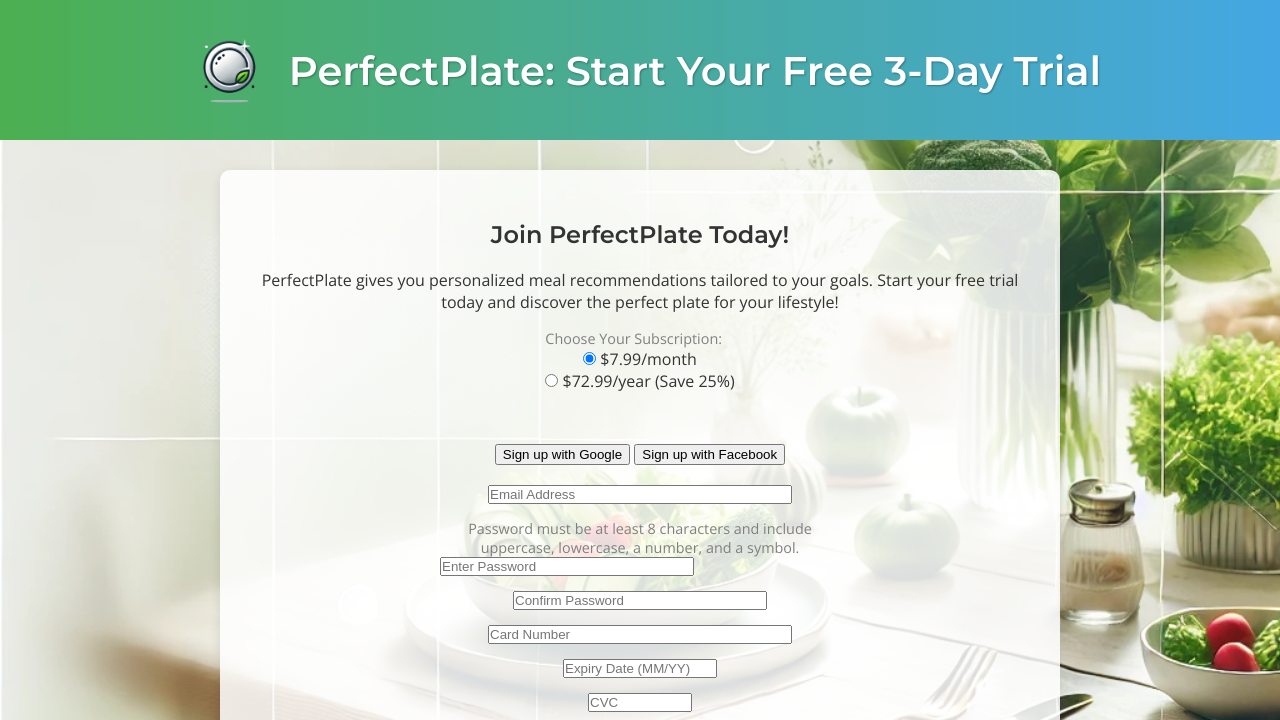
Repository: nikwhite1169/perfectplate
Page: signup.html
These files come from the project's save history. The page is drawn as it stood at one moment and after the next save; the edit follows.
The browser window is 1280 px wide. The pictures show the whole page.
An inner scrolling area shows only its first screen.

Above is the page before, as saved 2025-01-13 14:22:14.
Console error: TypeError: Cannot read properties of null (reading 'addEventListener')

### signup.html
<!DOCTYPE html>
<html lang="en">
<head>
  <meta charset="UTF-8" />
  <meta name="viewport" content="width=device-width, initial-scale=1.0"/>
  <title>PerfectPlate: Start Your Free 3-Day Trial</title>

  <!-- Google Fonts -->
  <link rel="preconnect" href="https://fonts.googleapis.com" />
  <link rel="preconnect" href="https://fonts.gstatic.com" crossorigin />
  <link
    href="https://fonts.googleapis.com/css2?family=Montserrat:wght@600&family=Open+Sans:wght@400&display=swap"
    rel="stylesheet"
  />

  <link rel="stylesheet" href="styles.css" />
</head>
<body>
  <header>
    <div class="header-top">
      <img src="images/logo.png" alt="PerfectPlate Logo" class="logo" />
      <h1>PerfectPlate: Start Your Free 3-Day Trial</h1>
    </div>
  </header>

  <section id="signup">
    <div class="text-background">
      <h2>Join PerfectPlate Today!</h2>
      <p>PerfectPlate gives you personalized meal recommendations tailored to your goals. Start your free trial today and discover the perfect plate for your lifestyle!</p>

      <div class="form-container">
        <!-- Subscription Options -->
        <div class="form-group">
          <label for="subscription-options" class="hint">
            Choose Your Subscription:
          </label>
          <div id="subscription-options">
            <input type="radio" id="monthly" name="subscription" value="monthly" checked />
            <label for="monthly">$7.99/month</label>
            <br />
            <input type="radio" id="yearly" name="subscription" value="yearly" />
            <label for="yearly">$72.99/year (Save 25%)</label>
          </div>
        </div>

        <!-- Social Login Buttons -->
        <div class="social-login">
          <button id="google-login">Sign up with Google</button>
          <button id="facebook-login">Sign up with Facebook</button>
        </div>

        <!-- Rest of the Form -->
        <div class="form-group">
          <input type="email" id="email" placeholder="Email Address" />
          <span id="email-error" class="error-message"></span>
        </div>
        <div class="form-group">
          <label for="password-hint" class="hint">
            Password must be at least 8 characters and include uppercase, lowercase, a number, and a symbol.
          </label>
          <input type="password" id="password" placeholder="Enter Password" />
          <span id="password-error" class="error-message"></span>
        </div>
        <div class="form-group">
          <input type="password" id="confirm-password" placeholder="Confirm Password" />
          <span id="confirm-password-error" class="error-message"></span>
        </div>
        <div class="form-group">
          <input type="text" id="card-number" placeholder="Card Number" />
          <span id="card-number-error" class="error-message"></span>
        </div>
        <div class="form-group">
          <input type="text" id="expiry-date" placeholder="Expiry Date (MM/YY)" />
          <span id="expiry-date-error" class="error-message"></span>
        </div>
        <div class="form-group">
          <input type="text" id="cvc" placeholder="CVC" />
          <span id="cvc-error" class="error-message"></span>
        </div>

        <p class="description">
          Your free 3-day trial begins immediately after signing up. You won’t be charged until the trial ends.
        </p>

        <button id="submitButton" disabled class="disabled">Start Free Trial</button>
      </div>
    </div>
  </section>

  <section id="confirmation" class="hidden">
    <div class="text-background">
      <h2>Thank you for subscribing!</h2>
      <p>Download the PerfectPlate app to begin your journey:</p>
      <a href="https://www.apple.com/app-store/" class="cta-button">Download for iOS</a>
      <a href="https://play.google.com/store" class="cta-button">Download for Android</a>
    </div>
  </section>

  <footer>
    <p>&copy; 2025 PerfectPlate. Perfect dining, made just for you.</p>
    <a href="privacy-policy.html">Privacy Policy</a> | <a href="terms-of-service.html">Terms of Service</a> | <a href="faq.html">FAQ</a>
  </footer>

  <script>
    const formState = {
      email: false,
      password: false,
      verifyPassword: false,
      cardNumber: false,
      expiryDate: false,
      cvc: false
    };

    function showError(field, message) {
      const fieldElement = document.getElementById(field);
      const hintElement = document.getElementById(`${field}-hint`);
      const errorElement = document.getElementById(`${field}-error`);

      if (hintElement) {
        hintElement.style.color = "red";
      } else {
        errorElement.textContent = message;
        errorElement.style.color = "red";
      }

      fieldElement.classList.remove("valid");
    }

    function showSuccess(field) {
      const fieldElement = document.getElementById(field);
      const hintElement = document.getElementById(`${field}-hint`);
      const errorElement = document.getElementById(`${field}-error`);

      if (hintElement) {
        hintElement.style.color = "black";
      } else {
        errorElement.textContent = "";
      }

      fieldElement.classList.add("valid");

      let checkMark = fieldElement.parentNode.querySelector(".checkmark");
      if (!checkMark) {
        checkMark = document.createElement("span");
        checkMark.className = "checkmark";
        checkMark.textContent = "✔";
        checkMark.style.color = "green";
        checkMark.style.position = "absolute";
        checkMark.style.right = "10px";
        checkMark.style.top = `${fieldElement.offsetHeight / 2}px`;
        checkMark.style.transform = "translateY(-50%)";
        fieldElement.parentNode.style.position = "relative";
        fieldElement.parentNode.appendChild(checkMark);
      }
    }

    function validateEmail() {
      const email = document.getElementById('email').value;
      const emailRegex = /^[^\s@]+@[^\s@]+\.[^\s@]+$/;
      if (emailRegex.test(email)) {
        formState.email = true;
        showSuccess('email');
      } else {
        formState.email = false;
        showError('email', 'Please enter a valid email address.');
      }
      updateButtonState();
    }

    function validatePassword() {
      const password = document.getElementById('password').value;
      const passwordRegex = /^(?=.*[a-z])(?=.*[A-Z])(?=.*\d)(?=.*[@$!%*?&#])[A-Za-z\d@$!%*?&#]{8,}$/;
      if (passwordRegex.test(password)) {
        formState.password = true;
        showSuccess('password');
      } else {
        formState.password = false;
        showError('password', 'Password must be at least 8 characters and include uppercase, lowercase, a number, and a symbol.');
      }
      updateButtonState();
    }

    function validateVerifyPassword() {
      const password = document.getElementById('password').value;
      const verifyPassword = document.getElementById('confirm-password').value;
      if (password === verifyPassword) {
        formState.verifyPassword = true;
        showSuccess('confirm-password');
      } else {
        formState.verifyPassword = false;
        showError('confirm-password', 'Passwords do not match.');
      }
      updateButtonState();
    }

    function validateCardNumber() {
      const cardNumber = document.getElementById('card-number').value;
      const cardNumberRegex = /^\d{16}$/;
      if (cardNumberRegex.test(cardNumber)) {
        formState.cardNumber = true;
        showSuccess('card-number');
      } else {
        formState.cardNumber = false;
        showError('card-number', 'Please enter a valid 16-digit card number.');
      }
      updateButtonState();
    }

    function validateExpiryDate() {
      const expiryDate = document.getElementById('expiry-date').value;
      const expiryDateRegex = /^(0[1-9]|1[0-2])\/\d{2}$/;
      const currentDate = new Date();
      const [month, year] = expiryDate.split('/');
      const expiry = new Date(`20${year}`, month - 1);
      if (expiryDateRegex.test(expiryDate) && expiry > currentDate) {
        formState.expiryDate = true;
        showSuccess('expiry-date');
      } else {
        formState.expiryDate = false;
        showError('expiry-date', 'Please enter a valid expiry date in MM/YY format.');
      }
      updateButtonState();
    }

    function validateCVC() {
      const cvc = document.getElementById('cvc').value;
      const cvcRegex = /^\d{3,4}$/;
      if (cvcRegex.test(cvc)) {
        formState.cvc = true;
        showSuccess('cvc');
      } else {
        formState.cvc = false;
        showError('cvc', 'Please enter a valid 3 or 4-digit CVC.');
      }
      updateButtonState();
    }

    function updateButtonState() {
      const allFieldsValid = Object.values(formState).every(Boolean);
      const submitButton = document.getElementById('submitButton');
      if (allFieldsValid) {
        submitButton.disabled = false;
        submitButton.classList.remove('disabled');
      } else {
        submitButton.disabled = true;
        submitButton.classList.add('disabled');
      }
    }

    let emailTouched = false;
    let passwordTouched = false;
    let verifyPasswordTouched = false;
    let cardNumberTouched = false;
    let expiryDateTouched = false;
    let cvcTouched = false;

    document.getElementById('email').addEventListener('input', () => {
      emailTouched = true;
    });

    document.getElementById('password').addEventListener('input', () => {
      passwordTouched = true;
    });

    document.getElementById('confirm-password').addEventListener('input', () => {
      verifyPasswordTouched = true;
    });

    document.getElementById('card-number').addEventListener('input', () => {
      cardNumberTouched = true;
    });

    document.getElementById('expiry-date').addEventListener('input', () => {
      expiryDateTouched = true;
    });

    document.getElementById('cvc').addEventListener('input', () => {
      cvcTouched = true;
    });

    document.getElementById('email').addEventListener('blur', () => {
      if (!document.getElementById('email').value.trim() && emailTouched) {
        showError("email", "This field is required.");
      } else if (document.getElementById('email').value.trim()) {
        validateEmail();
      }
    });

    document.getElementById('password').addEventListener('blur', () => {
      if (!document.getElementById('password').value.trim() && passwordTouched) {
        showError("password", "This field is required.");
      } else if (document.getElementById('password').value.trim()) {
        validatePassword();
      }
    });

    document.getElementById('confirm-password').addEventListener('blur', () => {
      if (!document.getElementById('confirm-password').value.trim() && verifyPasswordTouched) {
        showError("confirm-password", "This field is required.");
      } else if (document.getElementById('confirm-password').value.trim()) {
        validateVerifyPassword();
      }
    });

    document.getElementById('card-number').addEventListener('blur', () => {
      if (!document.getElementById('card-number').value.trim() && cardNumberTouched) {
        showError("card-number", "This field is required.");
      } else if (document.getElementById('card-number').value.trim()) {
        validateCardNumber();
      }
    });

    document.getElementById('expiry-date').addEventListener('blur', () => {
      if (!document.getElementById('expiry-date').value.trim() && expiryDateTouched) {
        showError("expiry-date", "This field is required.");
      } else if (document.getElementById('expiry-date').value.trim()) {
        validateExpiryDate();
      }
    });

    document.getElementById('cvc').addEventListener('blur', () => {
      if (!document.getElementById('cvc').value.trim() && cvcTouched) {
        showError("cvc", "This field is required.");
      } else if (document.getElementById('cvc').value.trim()) {
        validateCVC();
      }
    });

    document.getElementById('signup-form').addEventListener('submit', function(event) {
      event.preventDefault();
      if (Object.values(formState).every(Boolean)) {
        document.getElementById('signup').style.display = 'none';
        document.getElementById('confirmation').style.display = 'block';
      } else {
        showError('form', 'Please fill out all fields correctly before submitting.');
      }
    });
  </script>
</body>
</html>

### styles.css
/* -----------------------
   Global Styles
------------------------ */
html, body {
  margin: 0;
  padding: 0;
  height: 100%;
  overflow-x: hidden;
}

body {
  /* Use Open Sans for body text */
  font-family: 'Open Sans', sans-serif;
  margin: 0 auto;
  padding: 0;
  text-align: center;
  color: #333;

  /* Background image as requested */
  background: url('images/background.webp') no-repeat center center fixed;
  background-size: cover;

  position: relative;
  max-width: 100%;
}

/* Use Montserrat for headings */
h1, h2, h3 {
  font-family: 'Montserrat', sans-serif;
}

/* Simple fade-in animation (triggered by JS) */
.fade-in {
  opacity: 0;
  transition: opacity 1s ease-in;
}
.fade-in.appear {
  opacity: 1;
}

/* Form Styles */
form label {
  display: block;
  margin: 10px 0 5px;
}

/* General Input Styling */
form input[type="text"],
form input[type="email"],
form input[type="password"],
form input[type="radio"] {
  display: block;
  padding: 10px;
  font-size: 1em;
  box-sizing: border-box;
  border: 1px solid #ccc;
  border-radius: 5px;
  margin-bottom: 10px;
}

form input[type="radio"] {
  display: inline-block;
  width: auto;
  margin-right: 10px;
}

input:focus {
  border-color: #007BFF;
  outline: none;
}

/* Field-Specific Sizes */
#email {
  width: 300px; /* Larger for email addresses */
}

#password,
#confirm-password {
  width: 250px; /* Medium size for passwords */
}

#card-number {
  width: 300px; /* Larger for card numbers */
}

#expiry-date {
  width: 150px; /* Smaller for expiry dates */
}

#cvc {
  width: 100px; /* Small size for CVC */
}

.helper-text {
  font-size: 0.9em;
  color: #666;
  margin-top: -10px;
  margin-bottom: 10px;
}

.hint {
  display: block;
  font-size: 0.9em;
  color: gray;
  margin-bottom: 5px;
}

.error-message {
  color: red;
  font-size: 0.85em;
  margin-top: 5px;
}

.error {
  color: red;
  font-size: 0.9em;
  margin-top: -10px;
  margin-bottom: 10px;
}

input.valid {
  padding-right: 30px;
}

.checkmark {
  font-size: 1.2em;
  color: green;
  position: absolute;
  right: 10px;
  top: 50%;
  transform: translateY(-50%);
  pointer-events: none;
}

/* Specific adjustment for password field */
#password + .checkmark {
  top: calc(50% - 5px);
}

/* Specific adjustment for CVC field checkmark */
#cvc + .checkmark {
  right: -10px;
}

/* Form Layout */
.form-group {
  display: flex;
  flex-direction: column;
  align-items: flex-start; /* Left-align fields */
  margin-bottom: 15px;
}

.form-group label,
.form-group input,
.form-group span {
  margin: 0;
  padding: 0;
}

.form-container {
  display: flex;
  flex-direction: column;
  align-items: center; /* Center the form on the page */
  max-width: 400px;
  margin: 0 auto;
}

/* Subscription Options Styling */
#subscription-options {
  margin-bottom: 15px;
}

/* Button Styles */
.cta-button {
  background-color: #ff6f61;
  color: white;
  padding: 10px 20px;
  border: none;
  border-radius: 5px;
  cursor: pointer;
  font-size: 1em;
  text-decoration: none;
  display: inline-block;
  margin: 10px 0; /* Add margin for spacing */
}

.cta-button.disabled {
  background-color: #ccc;
  cursor: not-allowed;
}

.cta-button:hover:not(.disabled) {
  background-color: #ff4a3d;
}

/* Media Queries for Mobile */
@media (max-width: 768px) {
  form label,
  form input[type="text"],
  form input[type="email"],
  form input[type="password"],
  form input[type="radio"] {
    width: 100%;
    margin: 5px 0;
  }

  form input[type="radio"] {
    display: block;
    margin: 5px 0;
  }

  form input[type="text"]#cvc {
    width: 100%;
  }
}

/* -----------------------
   Header Section
------------------------ */
header {
  /* Simple green-to-blue gradient for more personality */
  background: linear-gradient(90deg, rgba(76,175,80,1) 0%, rgba(68,167,227,1) 100%);
  color: white;
  padding: 20px 0;
}

/* Logo & Title - Stacked on mobile, centered */
.header-top {
  display: flex;
  flex-direction: column;
  align-items: center;
  gap: 10px;
  justify-content: center;
}

.logo {
  width: 100px;
  display: block;
}

header h1 {
  margin: 0;
  font-size: 2em;
  text-shadow: 1px 1px 2px rgba(0,0,0,0.3);
}

/* Two buttons - Stacked & centered on mobile */
.header-app-links {
  display: flex;
  flex-direction: column;
  align-items: center;
  gap: 10px;
  margin-top: 15px;
  justify-content: center;
}

/* Actual link button styling */
.app-store-link {
  display: inline-block;
  margin: 10px 0;
  color: #0073e6;
  text-decoration: none;
}

.app-store-link:hover {
  text-decoration: underline;
}

/* On larger screens => side-by-side layout */
@media (min-width: 768px) {
  .header-top {
    flex-direction: row;
  }

  header h1 {
    font-size: 2.5em;
  }

  .header-app-links {
    flex-direction: row;
  }
}

/* -----------------------
   Intro Section
------------------------ */
#intro {
  max-width: 800px;
  margin: 30px auto 20px;
  padding: 30px 20px;
  background-color: rgba(255, 255, 255, 0.85);
  border-radius: 10px;

  /* Subtle box shadow for better contrast */
  box-shadow: 0 4px 12px rgba(0,0,0,0.1);
}

.text-background {
  background-color: rgba(255, 255, 255, 0.85);
  padding: 30px 20px;
  border-radius: 10px;
  box-shadow: 0 4px 12px rgba(0,0,0,0.1);
  margin: 30px auto;
  max-width: 800px;
}

.hidden {
  display: none;
}

#intro h2 {
  font-size: 2em;
  margin-bottom: 10px;
}

/* -----------------------
   Scroll Prompt
------------------------ */
.scroll-prompt {
  margin: 20px auto;
  text-align: center;
  /*
    Semi-transparent background behind the text/arrow.
    Adjust opacity or color to your liking.
  */
  background: rgba(0,0,0,0.5);
  display: inline-block;
  padding: 10px 15px;
  border-radius: 8px;
}

.scroll-prompt .prompt-text {
  font-size: 1.2em;
  font-weight: 600;
  color: #fff;
  text-shadow: 1px 1px 2px rgba(0,0,0,0.5);
  margin-bottom: 5px;
}

.arrow-down {
  font-size: 1.5em;
  color: #fff;
  animation: bounceArrow 1s infinite alternate;
  cursor: default;
  text-shadow: 1px 1px 2px rgba(0,0,0,0.5);
}

@keyframes bounceArrow {
  from {
    transform: translateY(0);
  }
  to {
    transform: translateY(6px);
  }
}

/* -----------------------
   Features Section
------------------------ */
#features {
  max-width: 800px;
  margin: 30px auto;
  padding: 50px 20px;
  background-color: rgba(255, 255, 255, 0.85);
  border-radius: 10px;
  box-shadow: 0 4px 12px rgba(0,0,0,0.1);
}

#features h2 {
  font-size: 2em;
  margin-bottom: 30px;
}

/* Feature Cards (icon + text) */
.feature {
  margin: 30px 0;
  display: flex;
  flex-direction: column;
  align-items: center;
  padding: 15px;
}

.feature-icon {
  font-size: 2em;
  margin-bottom: 10px;
}

.feature h3 {
  font-size: 1.5em;
  color: #4caf50;
  margin-bottom: 10px;
  text-transform: uppercase;
}

.feature p {
  font-size: 1.1em;
  margin-top: 10px;
  max-width: 600px;
}

/* “Coming Soon” styling */
.coming-soon {
  font-size: 0.8em;
  color: #f39c12;
  font-weight: bold;
}

/* -----------------------
   How It Works
------------------------ */
#how-it-works {
  max-width: 800px;
  margin: 30px auto;
  padding: 50px 20px;
  background-color: rgba(255, 255, 255, 0.85);
  border-radius: 10px;
  box-shadow: 0 4px 12px rgba(0,0,0,0.1);
}

#how-it-works h2 {
  font-size: 2em;
  margin-bottom: 20px;
}

.steps {
  list-style: none;
  text-align: left;
  margin: 0 auto;
  padding: 0;
  max-width: 600px;
}

.steps li {
  margin: 15px 0;
  display: flex;
  align-items: baseline;
  font-size: 1.1em;
}

.steps li strong {
  min-width: 100px;
  text-align: left;
  font-weight: bold;
  color: #4caf50;
}

.steps li span {
  flex: 1;
  text-align: left;
}

/* -----------------------
   CTA Section
------------------------ */
#cta {
  /* A teal-to-green gradient for the CTA area */
  background: linear-gradient(90deg, rgba(0,178,155,1) 0%, rgba(76,175,80,1) 100%);
  color: white;
  padding: 40px 0;
  margin: 30px 0 0 0;
  width: 100%;
  text-align: center;
  box-sizing: border-box;
}

#cta h2 {
  font-size: 2em;
  margin: 0 0 10px;
}

#cta p {
  font-size: 1.1em;
  margin: 0;
  margin-bottom: 20px;
}

.cta-button {
  background-color: #ff6f61;
  color: white;
  padding: 10px 20px;
  border: none;
  border-radius: 5px;
  cursor: pointer;
  font-size: 1em;
  text-decoration: none;
  display: inline-block;
  margin: 10px 0; /* Add margin for spacing */
}

.cta-button.disabled {
  background-color: #ccc;
  cursor: not-allowed;
}

.cta-button:hover:not(.disabled) {
  background-color: #ff4a3d;
}

/* -----------------------
   Footer
------------------------ */
footer {
  margin-top: 20px;
  background-color: #222;
  color: white;
  padding: 20px 0;
  font-size: 0.9em;
  opacity: 0.9;
  text-shadow: 1px 1px 2px rgba(0,0,0,0.3);
  text-align: center;
}

.button {
  display: inline-block;
  padding: 10px 20px;
  background-color: #0073e6;
  color: white;
  text-align: center;
  border-radius: 5px;
  text-decoration: none;
}

.button:hover {
  background-color: #005bb5;
}

footer a {
  color: #ff6f61;
  text-decoration: none;
  margin: 0 10px;
  display: inline-block;
  padding: 10px 0; /* Increase tappable area */
}

footer a:hover {
  text-decoration: underline;
}

/* Social Login Styles */
.social-login {
  margin: 20px 0;
}

.social-login .cta-button {
  width: 100%;
  margin-bottom: 10px;
}

After the next save:
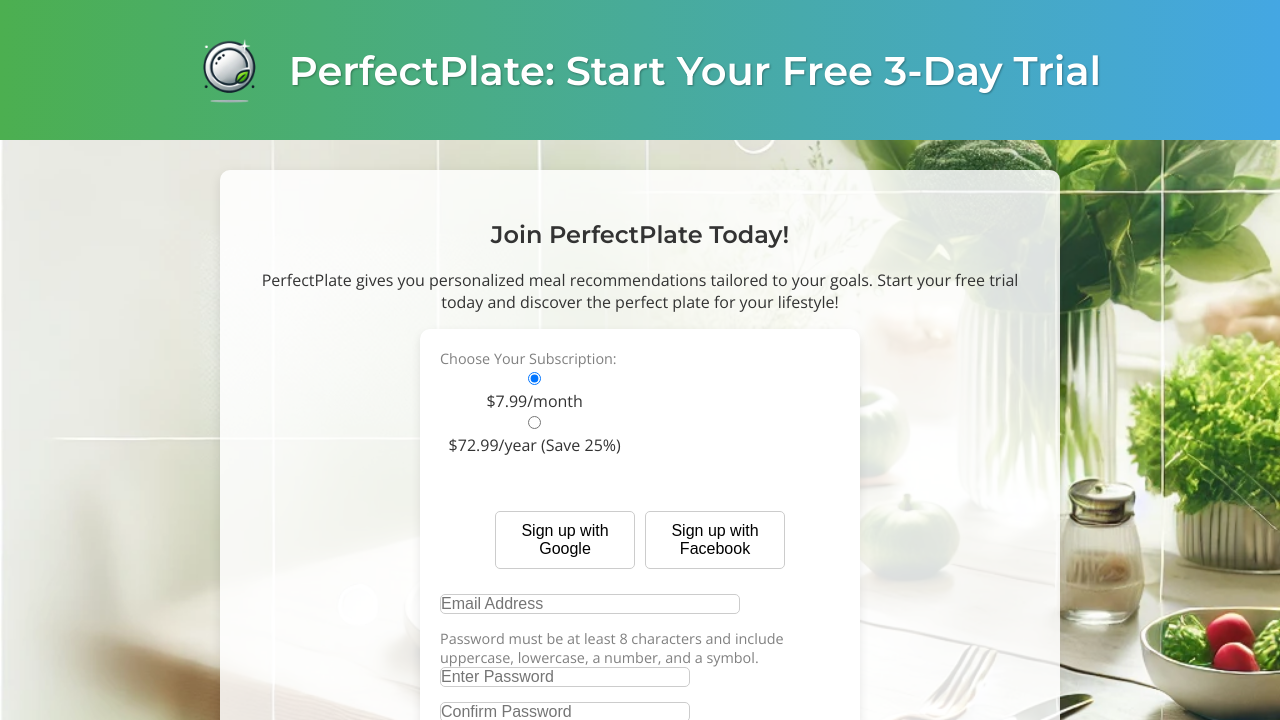
Saved 117 s later.
--- a/styles.css
+++ b/styles.css
@@ -45,6 +45,14 @@
 }
 
 /* General Input Styling */
+input, button {
+  padding: 10px;
+  font-size: 1em;
+  border: 1px solid #ccc;
+  border-radius: 5px;
+  box-sizing: border-box;
+}
+
 form input[type="text"],
 form input[type="email"],
 form input[type="password"],
@@ -69,6 +77,31 @@
   outline: none;
 }
 
+/* Standardize field widths */
+input {
+  width: 100%;
+  max-width: 300px; /* All fields aligned at 300px */
+  margin: 5px 0; /* Even spacing between fields */
+}
+
+/* Button Styling */
+button {
+  width: 100%; /* Full width for buttons */
+  max-width: 300px; /* Matches field widths */
+  margin: 10px 0;
+  background-color: #007BFF;
+  color: white;
+  border: none;
+  border-radius: 5px;
+  cursor: pointer;
+}
+
+/* Disable button styling */
+button.disabled {
+  background-color: #ccc;
+  cursor: not-allowed;
+}
+
 /* Field-Specific Sizes */
 #email {
   width: 300px; /* Larger for email addresses */
@@ -103,6 +136,7 @@
   font-size: 0.9em;
   color: gray;
   margin-bottom: 5px;
+  text-align: left;
 }
 
 .error-message {
@@ -148,6 +182,7 @@
   flex-direction: column;
   align-items: flex-start; /* Left-align fields */
   margin-bottom: 15px;
+  width: 100%;
 }
 
 .form-group label,
@@ -163,6 +198,10 @@
   align-items: center; /* Center the form on the page */
   max-width: 400px;
   margin: 0 auto;
+  padding: 20px;
+  background: #fff;
+  border-radius: 10px;
+  box-shadow: 0 4px 10px rgba(0, 0, 0, 0.1);
 }
 
 /* Subscription Options Styling */
@@ -539,9 +578,22 @@
 /* Social Login Styles */
 .social-login {
   margin: 20px 0;
+  display: flex;
+  justify-content: center;
+  gap: 10px; /* Space between social buttons */
 }
 
 .social-login .cta-button {
   width: 100%;
   margin-bottom: 10px;
 }
+
+.social-login button {
+  background-color: white;
+  color: black;
+  border: 1px solid #ccc;
+  margin: 5px 0;
+  display: inline-block;
+  width: 140px;
+  text-align: center;
+}
